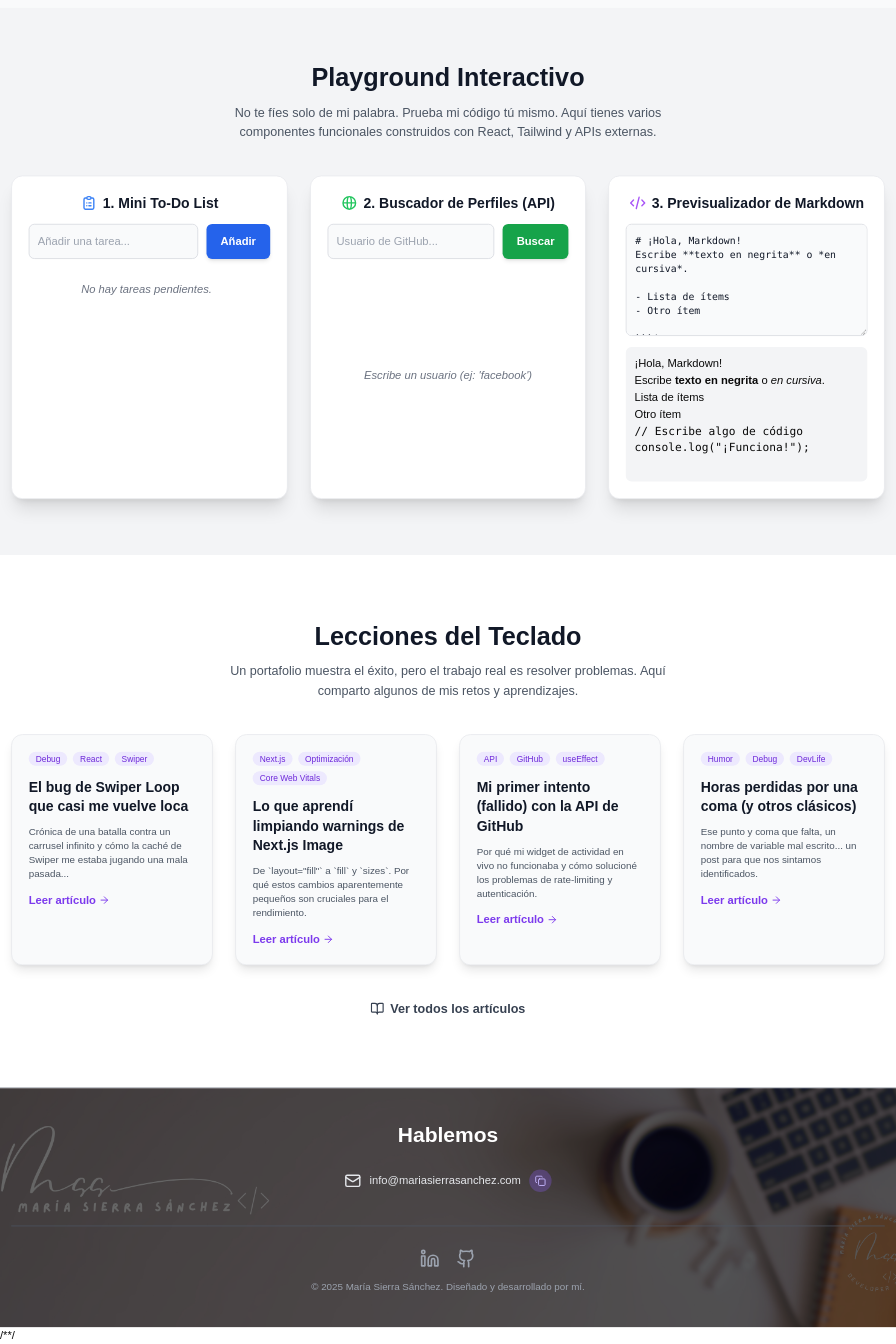
Repository: SierraMa1/SierraMa1.github.io
Page: /
These files come from the project's save history. The page is drawn as it stood at one moment and after the next save; the edit follows.
The browser window is 1280 px wide. The pictures show the part of the page from y = 4157 to 6077 px (the page is 6077 px tall before and 6053 px after), at 70% of full size.
The page's requests for data from a server got no answer. The project was rebuilt for these pictures with package versions that can differ from the ones it lists, and the page was loaded fresh each time. The framework's server and built-in components were replaced by stand-ins that run in the browser. No one was signed in, and anything a server would have sent is missing. Also part of the build but not shown: next.config.ts.

Above is the page before, as saved 2025-11-08 13:59:27.

After the next save:
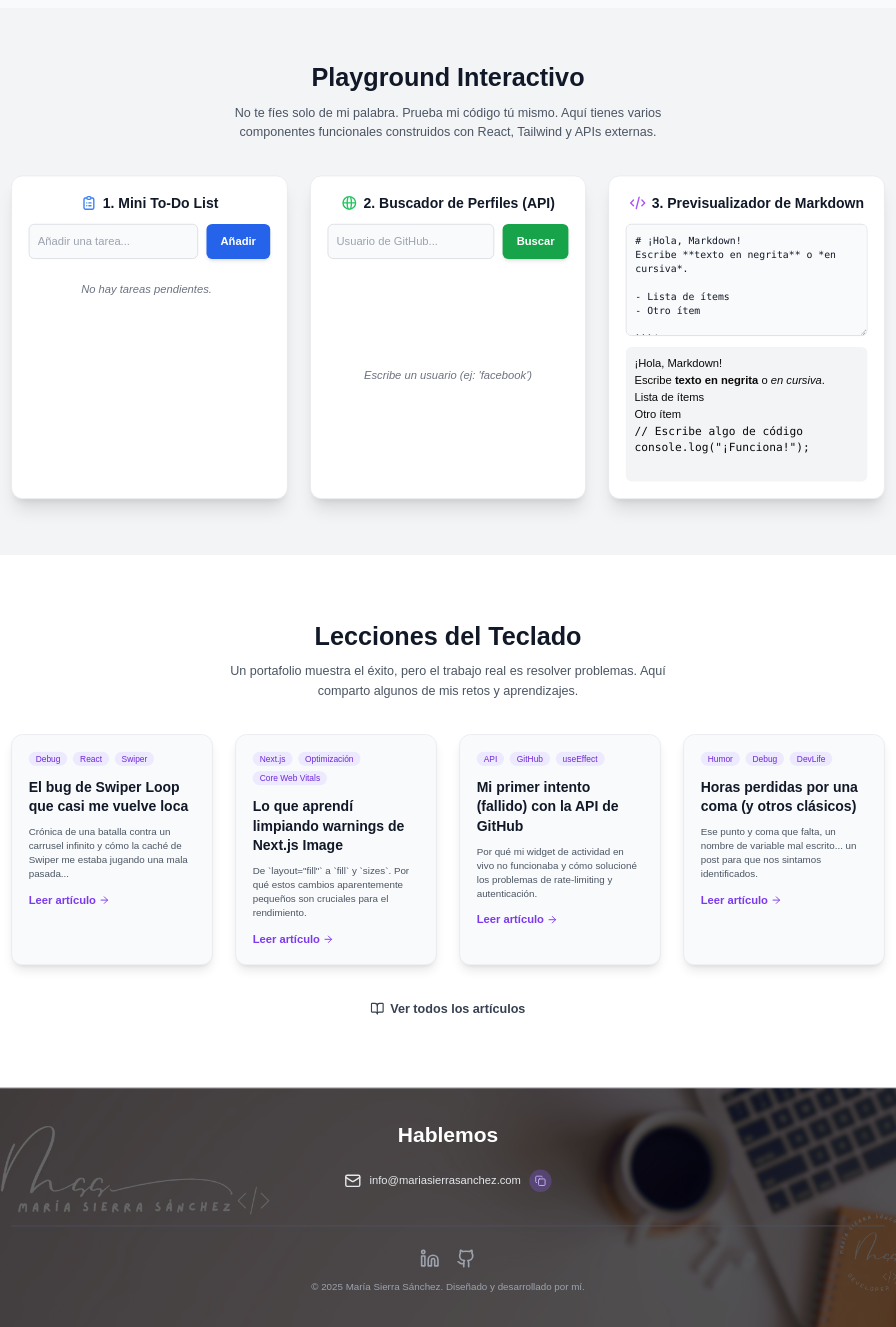
Saved 33 s later.
--- a/src/components/ChatbotButton.jsx
+++ b/src/components/ChatbotButton.jsx
@@ -3,21 +3,30 @@
 import { useState, useEffect } from 'react';
 import Script from 'next/script';
 import { MessageCircle, X } from 'lucide-react';
-import Head from 'next/head';
+import Head from 'next/head'; // Para inyectar variables globales de forma segura
 
-// Variables para Producción (Usadas en hostUrl para el proxy)
-const BOTPRESS_IP = process.env.NEXT_PUBLIC_BOTPRESS_IP;
-const BOTPRESS_ID = process.env.NEXT_PUBLIC_BOTPRESS_ID;
+// Variables de Entorno (Se leen automáticamente)
+const BOTPRESS_ID = process.env.NEXT_PUBLIC_BOTPRESS_ID || "default-bot";
+const BOTPRESS_IP = process.env.NEXT_PUBLIC_BOTPRESS_IP || "localhost";
 
-// Determina si estamos en desarrollo local (para usar el túnel SSH)
+// 1. Determina la URL de Conexión (El único lugar donde se decide la URL)
 const isDevelopment = typeof window !== 'undefined' && window.location.hostname === 'localhost';
 
+const BASE_HOST = isDevelopment
+    ? `http://localhost:3000` // Para desarrollo local (túnel SSH)
+    : `https://electricfinder.es`; // Para producción (Nginx/HTTPS)
+
+const SCRIPT_SRC = isDevelopment
+    ? `${BASE_HOST}/assets/modules/channel-web/inject.js`
+    : `${BASE_HOST}/botpress/assets/modules/channel-web/inject.js`; // Usar la ruta del proxy Nginx
+
+
 const botpressConfig = {
-    // Usamos el túnel SSH para la conexión local. En producción, el hostUrl será HTTPS.
-    hostUrl: isDevelopment ? `http://localhost:3000` : `https://electricfinder.es`,
-    botId: BOTPRESS_ID || "default-bot",
+    hostUrl: BASE_HOST,
+    botId: BOTPRESS_ID,
     disableFloatingButton: true, // Ocultamos el botón de Botpress
-    // ...
+    containerWidth: '400px',
+    layout: 'floating',
 };
 
 export default function ChatbotButton() {
@@ -50,34 +59,25 @@ export default function ChatbotButton() {
 
   return (
     <>
-    <Head>
-        {/* Usamos Head y script estándar para inyectar la variable ANTES de la hidratación */}
+      {/* 1. INYECCIÓN DE LA CONFIGURACIÓN (Soluciona error de hidratación) */}
+      <Head>
         <script
           dangerouslySetInnerHTML={{
             __html: `window.botpressWebChat = ${JSON.stringify(botpressConfig)};`,
           }}
         />
       </Head>
-      {/* 1. SCRIPTS DE INYECCIÓN (Solo se cargan si no hay error de red) */}
-     /*<Script id="bp-config" strategy="beforeInteractive">
-        {`window.botpressWebChat = ${JSON.stringify(botpressConfig)};`}
-      </Script>*/
+
+      {/* 2. INYECCIÓN DEL SCRIPT (Usamos la URL calculada arriba) */}
       <Script
-        // CLAVE: Usamos localhost:3000 con HTTP, que el túnel SSH redirige
-        src={isDevelopment
-             ? `http://217.154.181.135:3000/assets/modules/channel-web/inject.js`
-             : `http://217.154.181.135:3000//assets/modules/channel-web/inject.js`}
-        strategy="afterInteractive"
-      />
-      <Script
-        src={isDevelopment ? `http://217.154.181.135:3000/assets/modules/channel-web/inject.js` : `http://217.154.181.135:3000/assets/modules/channel-web/inject.js`}
+        src={SCRIPT_SRC} // Usamos la URL calculada
         strategy="afterInteractive"
       />
 
-      {/* 2. TU BOTÓN DE DISEÑO PERSONALIZADO */}
+      {/* 3. TU BOTÓN DE DISEÑO PERSONALIZADO */}
       <button
-        onClick={toggleBotpressChat} // Llama a la función que abre Botpress
-        disabled={!isBotReady && !isDevelopment} // Deshabilitar solo si no está listo
+        onClick={toggleBotpressChat}
+        disabled={!isBotReady} // Solo si Botpress está listo
         className="fixed bottom-6 right-6 z-50 flex h-14 w-14 items-center justify-center rounded-full bg-violet-600 text-white shadow-lg transition-transform hover:scale-110"
         aria-label={isOpen ? "Cerrar chat" : "Abrir chat"}
       >
